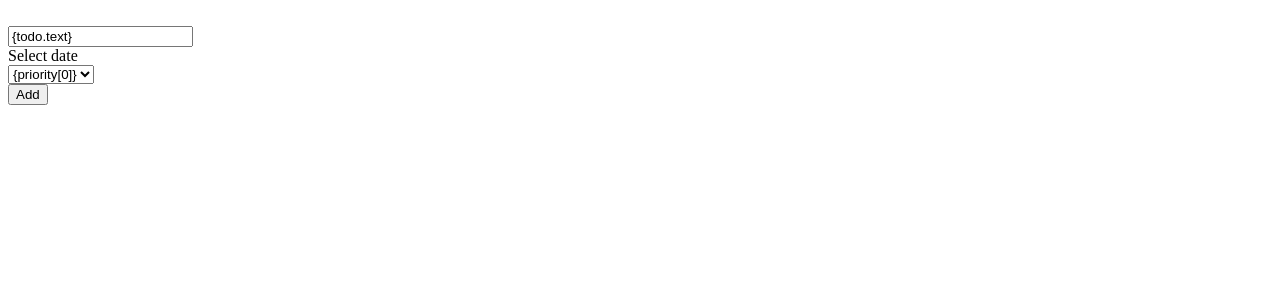
Repository: nicobrinkkemper/firebase-svelte-tododemo
Page: src/components/TodoForm.html
The author's editor kept a copy of each file at every save. The page is drawn from the files as they stood at one save, then again after the next save.
The browser window is 1280 px wide. The pictures show the whole page.

Above is the page before, as saved 2018-11-23 20:15:16.
Console error: SyntaxError: Cannot use import statement outside a module

After the next save:
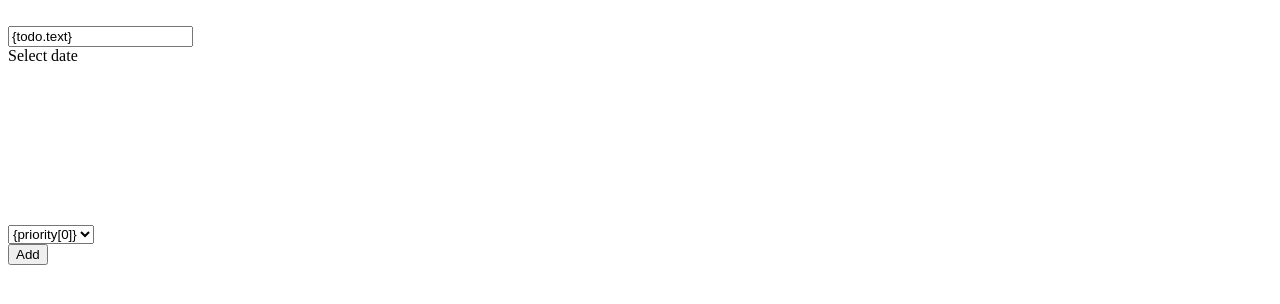
Saved 6 s later.
--- a/src/components/TodoForm.html
+++ b/src/components/TodoForm.html
@@ -38,12 +38,12 @@
 	}
 	.datepicker-wrapper{
 	  background: white;
+	  height: 10em;
+	  width: 10em;
 	}
 	.wrapper {
 	  position: absolute;
 	  top: 0;
 	  left: 0;
-	  height: 10em;
-	  width: 10em;
 	}
 </style>

After the save that followed:
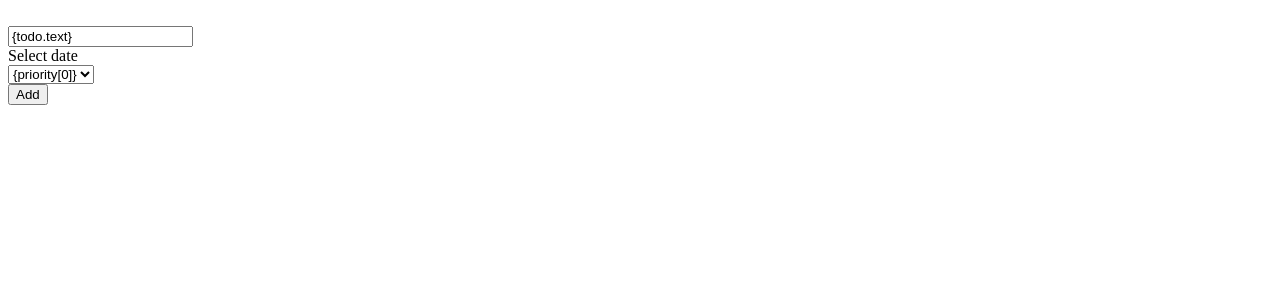
Saved 6 s later.
--- a/src/components/TodoForm.html
+++ b/src/components/TodoForm.html
@@ -38,8 +38,6 @@
 	}
 	.datepicker-wrapper{
 	  background: white;
-	  height: 10em;
-	  width: 10em;
 	}
 	.wrapper {
 	  position: absolute;
